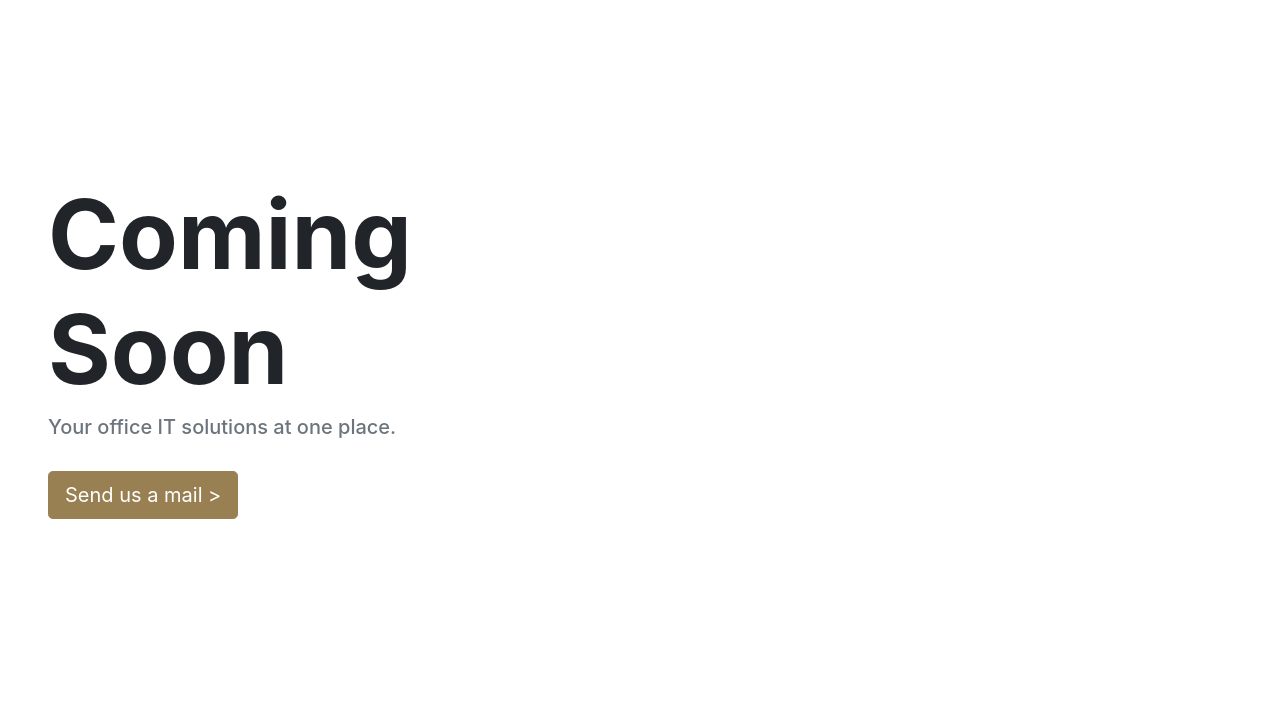
Repository: Thekxgh/website
Page: /
These files come from the project's save history. The page is drawn as it stood at one moment and after the next save; the edit follows.
The browser window is 1280 px wide. The pictures show the whole page.
The project was rebuilt for these pictures with package versions that can differ from the ones it lists, and the page was loaded fresh each time.

Above is the page before, as saved 2021-07-14 09:55:59.

After the next save:
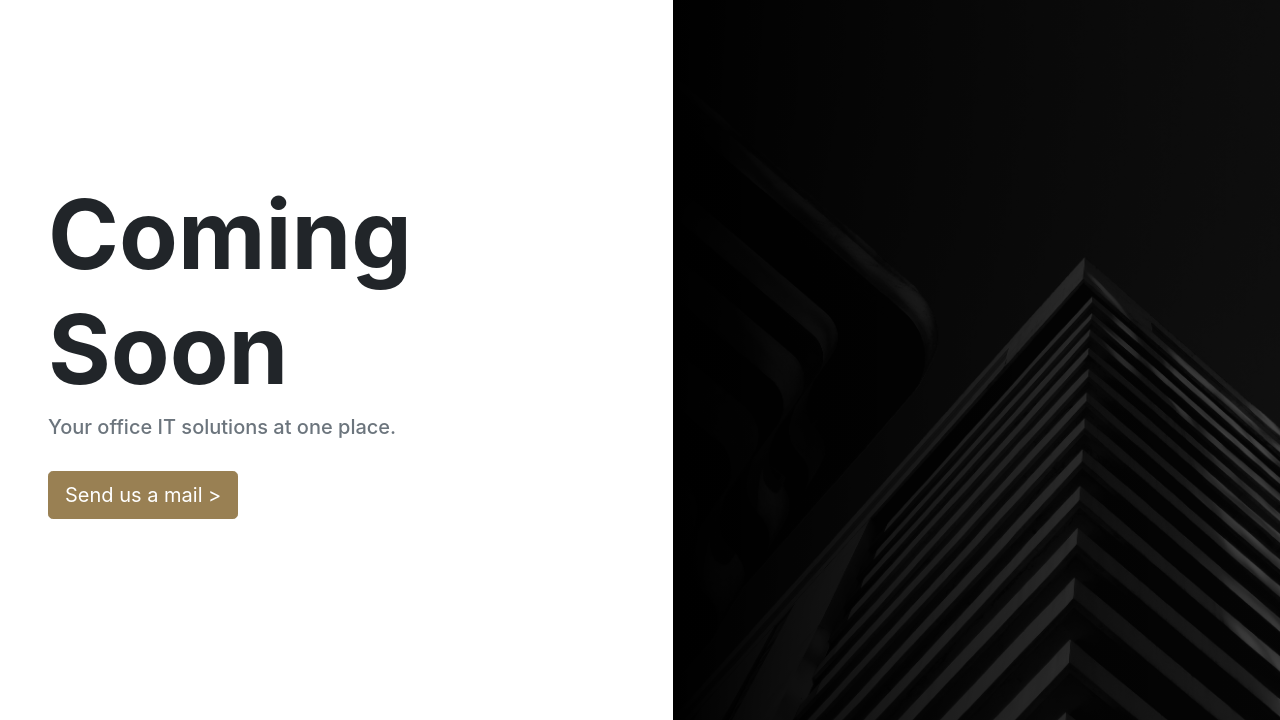
Saved 5 s later.
--- a/src/index.scss
+++ b/src/index.scss
@@ -12,7 +12,7 @@ $theme-colors: (
 @import '~bootstrap/scss/bootstrap.scss';
 
 .side-img{
- background: linear-gradient(left right, rgba(0, 0, 0, 2), rgba(0, 0, 0, 0.7) ), url('./assets/img/background.jpg') no-repeat;
+ background: linear-gradient(to right, rgba(0, 0, 0, 2), rgba(0, 0, 0, 0.7) ), url('./assets/img/background.jpg') no-repeat;
  background-size: cover;
  min-height: 100vh;
 }
